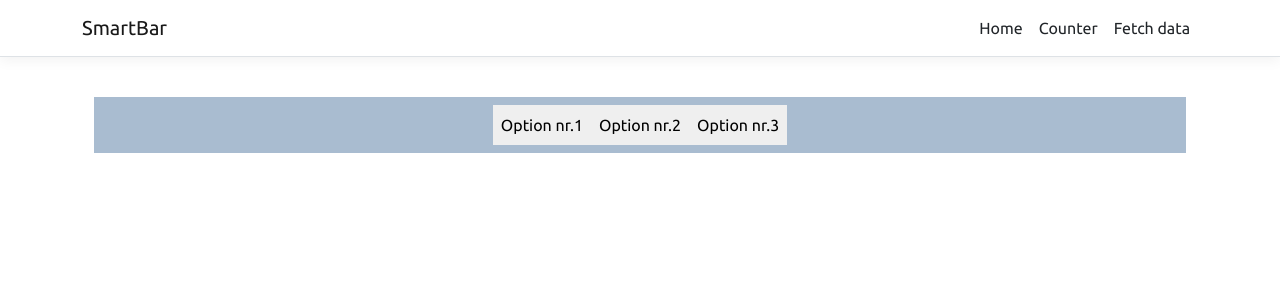
Repository: dropauteriai/SmartBarFrontEnd
Page: /
An editor plug-in stored every save of this project. The page is shown before and after a run of saves, followed by the edit.
The browser window is 1280 px wide. The pictures show the whole page.
The page's requests for data from a server got no answer. The project was rebuilt for these pictures with package versions that can differ from the ones it lists, and the page was loaded fresh each time. No one was signed in, and anything a server would have sent is missing. Also part of the build but not shown: src/components/Counter.js, src/components/FetchData.js, src/components/Card.js, src/components/SideBar.js.

Above is the page before, as saved 2023-02-14 05:47:52.

### public/index.html
<!DOCTYPE html>
<html lang="en">
  <head>
    <meta charset="utf-8" />
    <meta
      name="viewport"
      content="width=device-width, initial-scale=1, shrink-to-fit=no"
    />
    <meta name="theme-color" content="#000000" />
    <base href="%PUBLIC_URL%/" />
    <!--
      manifest.json provides metadata used when your web app is added to the
      homescreen on Android. See https://developers.google.com/web/fundamentals/engage-and-retain/web-app-manifest/
    -->
    <link rel="manifest" href="%PUBLIC_URL%/manifest.json" />
    <link rel="shortcut icon" href="%PUBLIC_URL%/favicon.ico" />
    <link
      href="https://fonts.googleapis.com/css2?family=Ubuntu:ital,wght@0,300;0,400;0,500;0,700;1,300;1,400;1,500;1,700&display=swap"
      rel="stylesheet"
    />

    <!--
      Notice the use of %PUBLIC_URL% in the tags above.
      It will be replaced with the URL of the `public` folder during the build.
      Only files inside the `public` folder can be referenced from the HTML.

      Unlike "/favicon.ico" or "favicon.ico", "%PUBLIC_URL%/favicon.ico" will
      work correctly both with client-side routing and a non-root public URL.
      Learn how to configure a non-root public URL by running `npm run build`.
    -->
    <link
      rel="stylesheet"
      href="https://cdnjs.cloudflare.com/ajax/libs/font-awesome/6.2.1/css/all.min.css"
      integrity="sha512-MV7K8+y+gLIBoVD59lQIYicR65iaqukzvf/nwasF0nqhPay5w/9lJmVM2hMDcnK1OnMGCdVK+iQrJ7lzPJQd1w=="
      crossorigin="anonymous"
      referrerpolicy="no-referrer"
    />
    <title>SmartBar</title>
  </head>
  <body>
    <noscript> You need to enable JavaScript to run this app. </noscript>
    <div id="root"></div>
    <!--
      This HTML file is a template.
      If you open it directly in the browser, you will see an empty page.

      You can add webfonts, meta tags, or analytics to this file.
      The build step will place the bundled scripts into the <body> tag.

      To begin the development, run `npm start` or `yarn start`.
      To create a production bundle, use `npm run build` or `yarn build`.
    -->
  </body>
</html>

### src/index.js
import 'bootstrap/dist/css/bootstrap.css';
import React from 'react';
import { createRoot } from 'react-dom/client';
import { BrowserRouter } from 'react-router-dom';
import App from './App';
//import * as serviceWorkerRegistration from './serviceWorkerRegistration';
import reportWebVitals from './reportWebVitals';

const baseUrl = document.getElementsByTagName('base')[0].getAttribute('href');
const rootElement = document.getElementById('root');
const root = createRoot(rootElement);

root.render(
  <BrowserRouter basename={baseUrl}>
    <App />
  </BrowserRouter>);

// If you want your app to work offline and load faster, you can change
// unregister() to register() below. Note this comes with some pitfalls.
// Learn more about service workers: https://cra.link/PWA
//serviceWorkerRegistration.unregister();

// If you want to start measuring performance in your app, pass a function
// to log results (for example: reportWebVitals(console.log))
// or send to an analytics endpoint. Learn more: https://bit.ly/CRA-vitals
reportWebVitals();

### src/App.js
import React, { Component } from 'react';
import { Route, Routes } from 'react-router-dom';
import AppRoutes from './AppRoutes';
import { Layout } from './components/Layout';
import './custom.css';
import './css/bootstrap.css';

export default class App extends Component {
  static displayName = App.name;

  render() {
    return (
      <Layout>
        <Routes>
          {AppRoutes.map((route, index) => {
            const { element, ...rest } = route;
            return <Route key={index} {...rest} element={element} />;
          })}
        </Routes>
      </Layout>
    );
  }
}

### src/custom.css
/* Provide sufficient contrast against white background */
* {
  font-family: "Ubuntu", sans-serif;
}

### src/components/Home.js
import React, { Component } from "react";
import { Container, Col } from "react-bootstrap";
import Card from "./Card.js";
import SideBar from "./SideBar.js";
import Row from "react-bootstrap/Row";
import Popup from "./Popup.js";

export class Home extends Component {
  static displayName = Home.name;

  constructor(props) {
    super(props);
    this.state = { tables: [], loading: true };
  }

  componentDidMount() {
    this.populateTableData();
  }

  static renderTableList(tables) {
    return (
      <Row xs={1} md={2}>
        {tables.map((table, index, tables) => {
          <Card name={table.name} id={table.id} />;
        })}
      </Row>
    );
  }
  render() {
    // let contents = this.state.loading ? (
    //   <p>
    //     <em>Loading...</em>
    //   </p>
    // ) : (
    //   (contents = this.renderTableList(this.state.tables))
    // );
    let contents;
    if (this.state.loading) {
      contents = (
        <p>
          <em>Loading...</em>
        </p>
      );
    } else {
      contents = Home.renderTableList(this.state.tables);
      console.log(contents);
    }

    return (
      <div className="row p-4">
        {this.state.tables.map((table, index) => (
          <Card name={table.name} />
        ))}
        <Popup/>
      </div>
    );
  }

  async populateTableData() {
    const response = await fetch("https://localhost:5001/Table");
    const data = await response.json();
    this.setState({ tables: data, loading: false });
  }
}

### src/components/NavMenu.js
import React, { Component } from 'react';
import { Collapse, Navbar, NavbarBrand, NavbarToggler, NavItem, NavLink } from 'reactstrap';
import { Link } from 'react-router-dom';
import './NavMenu.css';

export class NavMenu extends Component {
  static displayName = NavMenu.name;

  constructor (props) {
    super(props);

    this.toggleNavbar = this.toggleNavbar.bind(this);
    this.state = {
      collapsed: true
    };
  }

  toggleNavbar () {
    this.setState({
      collapsed: !this.state.collapsed
    });
  }

  render() {
    return (
      <header>
        <Navbar className="navbar-expand-sm navbar-toggleable-sm ng-white border-bottom box-shadow mb-3" container light>
          <NavbarBrand tag={Link} to="/">SmartBar</NavbarBrand>
          <NavbarToggler onClick={this.toggleNavbar} className="mr-2" />
          <Collapse className="d-sm-inline-flex flex-sm-row-reverse" isOpen={!this.state.collapsed} navbar>
            <ul className="navbar-nav flex-grow">
              <NavItem>
                <NavLink tag={Link} className="text-dark" to="/">Home</NavLink>
              </NavItem>
              <NavItem>
                <NavLink tag={Link} className="text-dark" to="/counter">Counter</NavLink>
              </NavItem>
              <NavItem>
                <NavLink tag={Link} className="text-dark" to="/fetch-data">Fetch data</NavLink>
              </NavItem>
            </ul>
          </Collapse>
        </Navbar>
      </header>
    );
  }
}

### src/components/Popup.js
import React from 'react';

export default function Popup () {
    return (
        <div className="d-inline-flex p-2 align-items-center justify-content-center bg-primary">
            <button className="p-2 border-0 align-items-center justify-content-center">Option nr.1</button>
            <button className="p-2 border-0 align-items-center justify-content-center">Option nr.2</button>
            <button className="p-2 border-0 align-items-center justify-content-center">Option nr.3</button>
        </div>
    );
}

Loaded but not shown: src/reportWebVitals.js (common file); src/AppRoutes.js (common file); src/components/Layout.js (common file); src/css/bootstrap.css (library); src/components/NavMenu.css (common file)

After the next 2 saves:
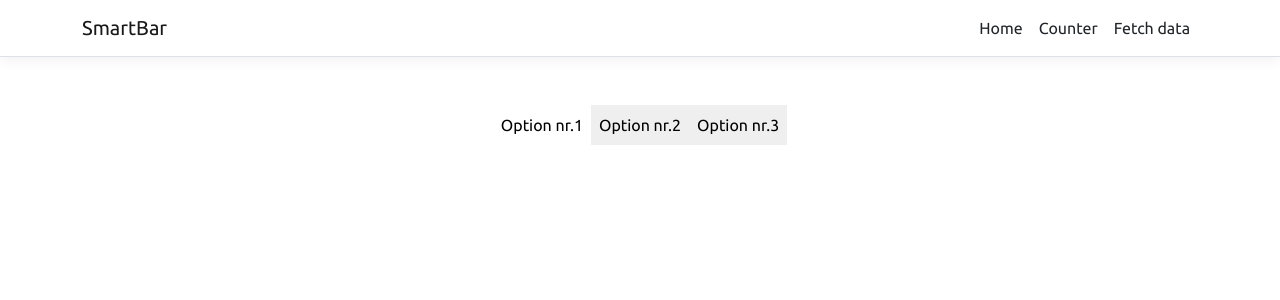
The 2 saves are shown as one change because they came seconds apart.
The last was saved 11 s later.
--- a/src/components/Popup.js
+++ b/src/components/Popup.js
@@ -2,8 +2,8 @@ import React from 'react';
 
 export default function Popup () {
     return (
-        <div className="d-inline-flex p-2 align-items-center justify-content-center bg-primary">
-            <button className="p-2 border-0 align-items-center justify-content-center">Option nr.1</button>
+        <div className="d-inline-flex p-2 align-items-center justify-content-center">
+            <button className="p-2 border-0 align-items-center justify-content-center bg-white">Option nr.1</button>
             <button className="p-2 border-0 align-items-center justify-content-center">Option nr.2</button>
             <button className="p-2 border-0 align-items-center justify-content-center">Option nr.3</button>
         </div>
